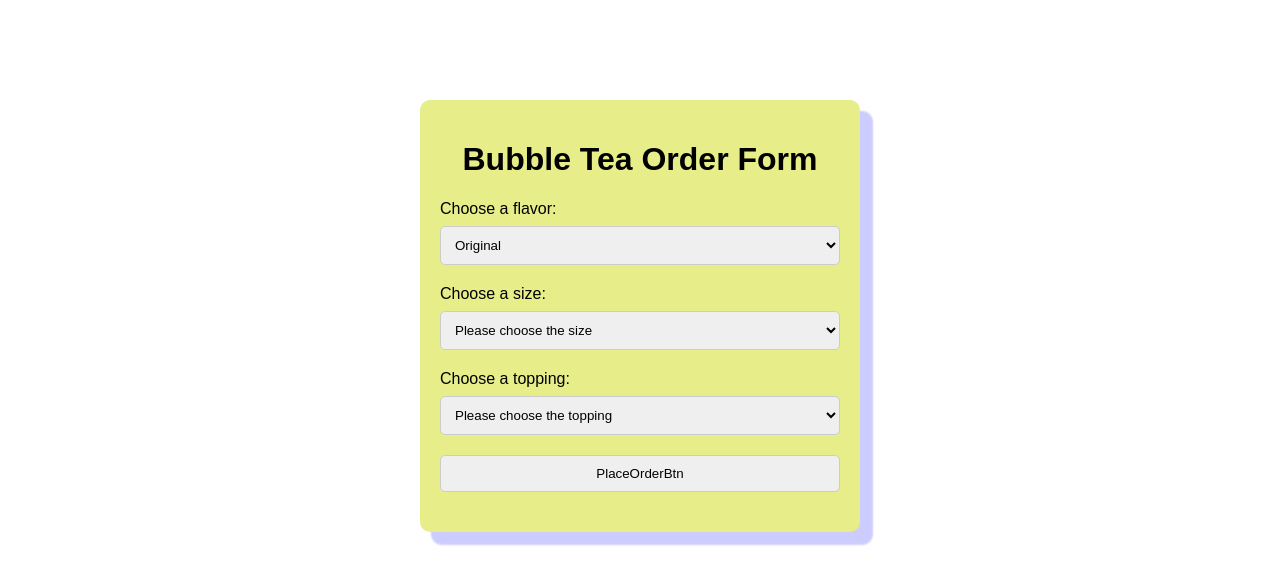
Repository: liulian26/CS5610
Page: lab3/index.html
The author's editor kept a copy of each file at every save. The page is drawn from the files as they stood at one save, then again after the next save.
The browser window is 1280 px wide. The pictures show the whole page.

Above is the page before, as saved 2025-01-30 20:28:52.

After the next save:
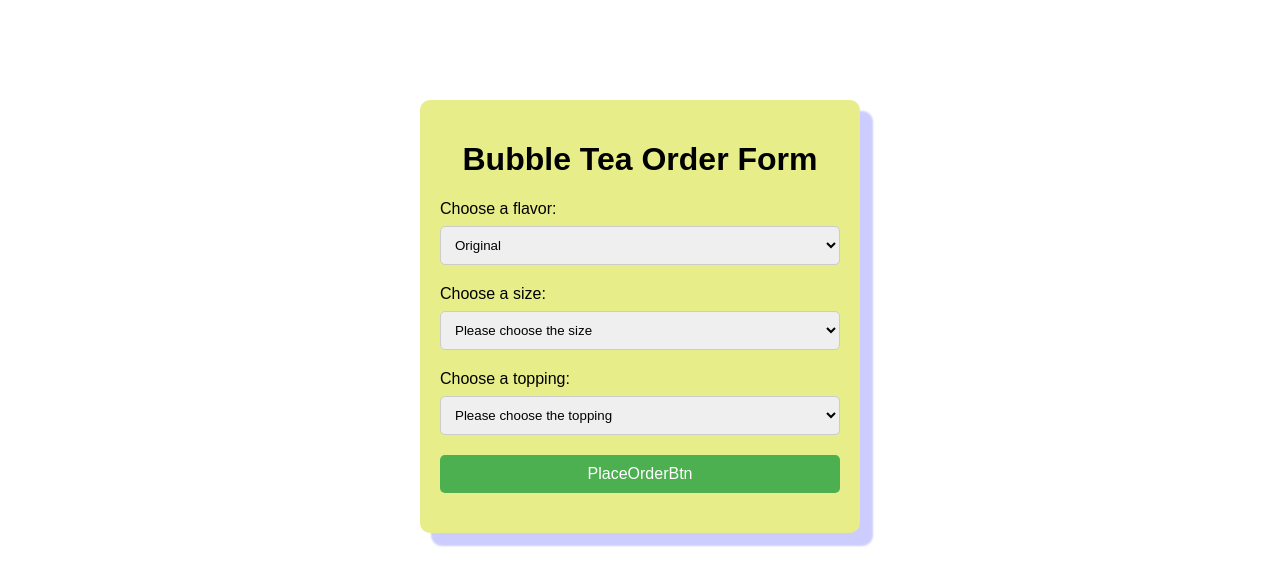
Saved 2 min 44 s later.
--- a/lab3/css/styles.css
+++ b/lab3/css/styles.css
@@ -26,3 +26,11 @@ select, button {
     border-radius: 5px;
     border: 1px solid #ccc;
 }
+
+button{
+    background-color: #4CAF50;
+    color: white;
+    border: none;
+    cursor: pointer;
+    font-size: 16px;
+}
